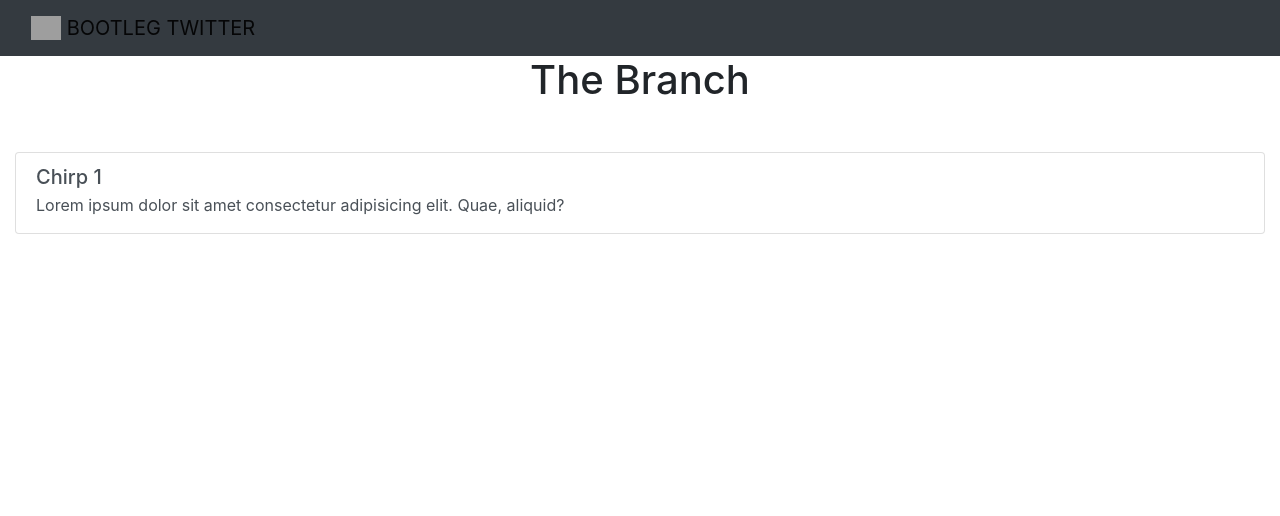
Repository: DavidDontKnow/BootlegTwitter
Page: html/FEED.HTML
The author's editor kept a copy of each file at every save. The page is drawn from the files as they stood at one save, then again after the next save.
The browser window is 1280 px wide. The pictures show the whole page.
Pictures or frames that could not be fetched are drawn as grey boxes.

Above is the page before, as saved 2023-04-06 10:56:51.

### html/FEED.HTML
<!DOCTYPE html>
<html lang="en">
<head>
    <meta charset="UTF-8">
    <meta http-equiv="X-UA-Compatible" content="IE=edge">
    <meta name="viewport" content="width=device-width, initial-scale=1.0">
    <link rel="stylesheet" href="https://maxcdn.bootstrapcdn.com/bootstrap/4.5.2/css/bootstrap.min.css">
    <style>

    </style>
    <title>Login</title>
</head>
<body>
    <nav class="navbar navbar-light bg-dark bg-body-tertiary">
        <div class="container-fluid">
          <a class="navbar-brand" href="#">
            <img src="/docs/5.3/assets/brand/bootstrap-logo.svg" alt="Logo" width="30" height="24" class="d-inline-block align-text-top">
            BOOTLEG TWITTER
          </a>
        </div>
      </nav>

      <div class="container-fluid">
        <div class="row">
            <div class="col-md-12">
                <h1 class="text-center mb-5">The Branch</h1>
                <div class="list-group">
                    <a href="#" class="list-group-item list-group-item-action">
                        <h5 class="mb-1">Chirp 1</h5>
                        <p class="mb-1">Lorem ipsum dolor sit amet consectetur adipisicing elit. Quae, aliquid?</p>
                    </a>
                </div>
            </div>
        </div>
      </div>


<script src="https://cdn.jsdelivr.net/npm/bootstrap@5.3.0-alpha3/dist/js/bootstrap.min.js" integrity="sha384-Y4oOpwW3duJdCWv5ly8SCFYWqFDsfob/3GkgExXKV4idmbt98QcxXYs9UoXAB7BZ" crossorigin="anonymous"></script>
</body>
</html>

After the next save:
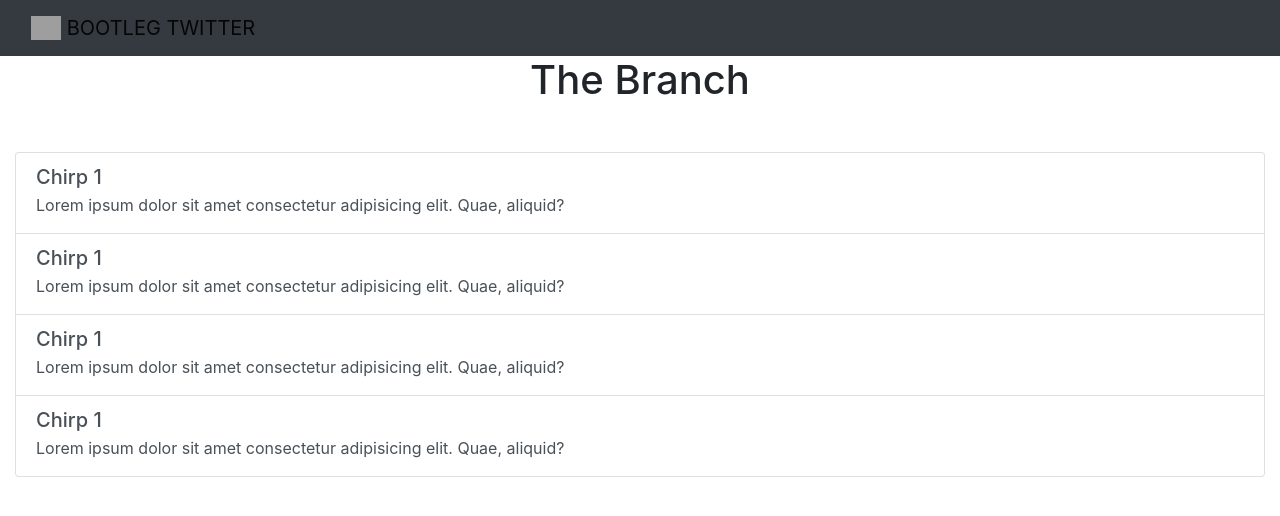
Saved 18 s later.
--- a/html/FEED.HTML
+++ b/html/FEED.HTML
@@ -29,6 +29,18 @@
                         <h5 class="mb-1">Chirp 1</h5>
                         <p class="mb-1">Lorem ipsum dolor sit amet consectetur adipisicing elit. Quae, aliquid?</p>
                     </a>
+                    <a href="#" class="list-group-item list-group-item-action">
+                        <h5 class="mb-1">Chirp 1</h5>
+                        <p class="mb-1">Lorem ipsum dolor sit amet consectetur adipisicing elit. Quae, aliquid?</p>
+                    </a>
+                    <a href="#" class="list-group-item list-group-item-action">
+                        <h5 class="mb-1">Chirp 1</h5>
+                        <p class="mb-1">Lorem ipsum dolor sit amet consectetur adipisicing elit. Quae, aliquid?</p>
+                    </a>
+                    <a href="#" class="list-group-item list-group-item-action">
+                        <h5 class="mb-1">Chirp 1</h5>
+                        <p class="mb-1">Lorem ipsum dolor sit amet consectetur adipisicing elit. Quae, aliquid?</p>
+                    </a>
                 </div>
             </div>
         </div>
